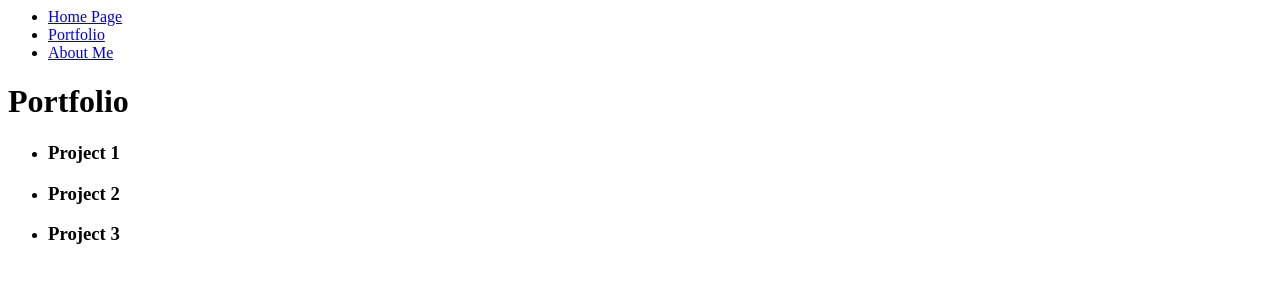
Repository: KevinAbr/KevinAbr.github.io
Page: portfolio.html
The author's editor kept a record of every edit. The page is drawn from the files as they stood at one moment, then again after the next edit.
The browser window is 1280 px wide. The pictures show the whole page.

Above is the page before.

After the next edit:
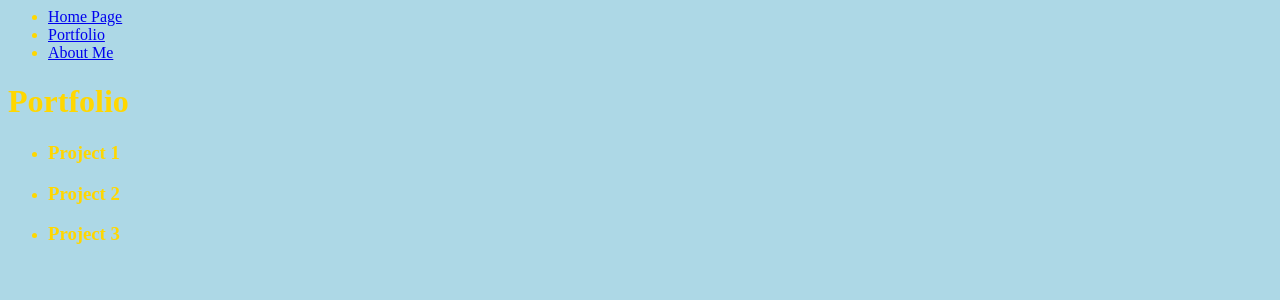
The edit:
--- a/portfolio.html
+++ b/portfolio.html
@@ -1,11 +1,21 @@
 <html>
     <head>
        <title>Portfolio</title>
+            <style>
+            body {
+                color:gold;
+        }
+
+            body {
+            background:lightblue;
+
+        }
+        </style>
     </head>
 
     <body>
         <ul>
-          <li><a href="Homepage.html">Home Page</a></li>
+          <li><a href="index.html">Home Page</a></li>
           <li><a href="portfolio.html">Portfolio</a></li>
           <li><a href="about.html">About Me</a></li>
         </ul>
